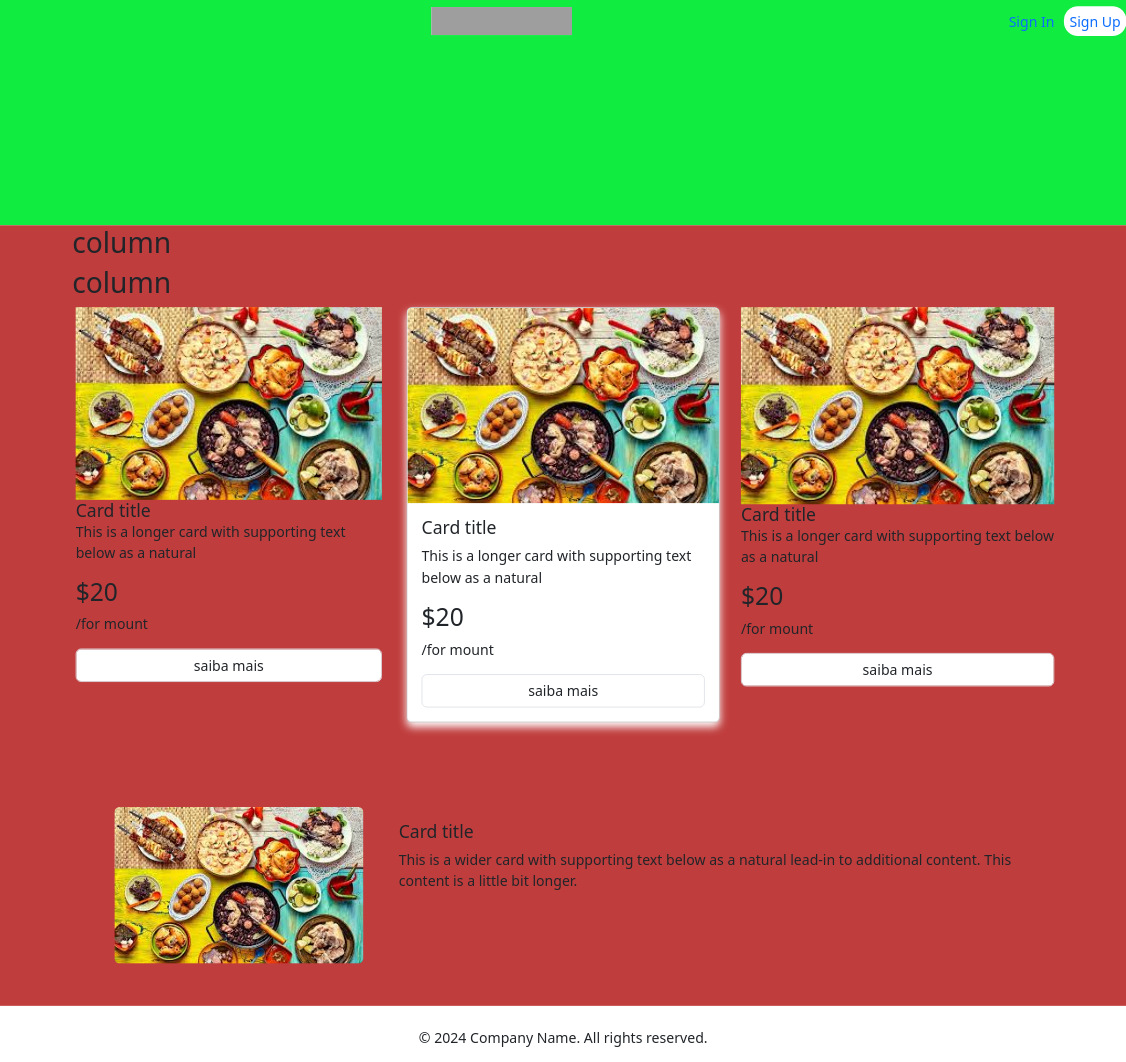
Repository: Joao-Rafael-mob/repoCurso
Page: index.html
These files come from the project's save history. The page is drawn as it stood at one moment and after the next save; the edit follows.
The browser window is 1280 px wide. The pictures show the whole page, at 88% of full size.
Pictures or frames that could not be fetched are drawn as grey boxes.

Above is the page before, as saved 2024-09-27 10:03:08.

### index.html
<!DOCTYPE html>
<html lang="en">
  <head>
    <meta charset="UTF-8" />
    <meta name="viewport" content="width=device-width, initial-scale=1.0" />
    <title>Document</title>
    <link rel="stylesheet" href="styles.css" />
    <link
      href="https://cdn.jsdelivr.net/npm/bootstrap@5.3.3/dist/css/bootstrap.min.css"
      rel="stylesheet"
      integrity="sha384-QWTKZyjpPEjISv5WaRU9OFeRpok6YctnYmDr5pNlyT2bRjXh0JMhjY6hW+ALEwIH"
      crossorigin="anonymous"
    />
  </head>

  <body>
    <div class="imagem-fundo">
      <nav class="navbar">
        <img src="logo.png" alt="Logo" />
        <div class="nav-links">
          <a href="#" class="nav-link1">Sign In</a>
          <a href="#" class="nav-link2">Sign Up</a>
        </div>
      </nav>
    </div>
    <main>
      <div class="container">
        <div class="row row-cols-1">
          <div class="col h2">column</div>
          <div class="col h2">column</div>
        </div>
        <div class="row row-cols-1 row-cols-md-3 g-4">
          <div class="col px-3">
            <div>
              <img src="banner.jpeg" class="card-img-top" alt="" />
              <div class="card-body">
                <h5 class="card-title">Card title</h5>
                <p class="" style="max-height: 4rem; overflow: hidden">
                  This is a longer card with supporting text below as a natural
                </p>

                <h3>$20</h3>
                <p>/for mount</p>

                <button class="form-control">saiba mais</button>
              </div>
            </div>
          </div>
          <div class="col">
            <div class="card">
              <img src="banner.jpeg" class="card-img-top" alt="" />
              <div class="card-body">
                <h5 class="card-title">Card title</h5>
                <p class="" style="max-height: 4rem; overflow: hidden">
                  This is a longer card with supporting text below as a natural
                </p>
                <div>
                  <h3>$20</h3>
                  <p>/for mount</p>

                  <button class="form-control">saiba mais</button>
                </div>
              </div>
            </div>
          </div>
          <div class="col">
            <div>
              <img src="banner.jpeg" class="card-img-top" alt="" />
              <div class="card-body">
                <h5 class="card-title">Card title</h5>
                <p class="" style="max-height: 4rem; overflow: hidden">
                  This is a longer card with supporting text below as a natural
                </p>
                <div>
                  <h3>$20</h3>
                  <p>/for mount</p>

                  <button class="form-control">saiba mais</button>
                </div>
              </div>
            </div>
          </div>
        </div>
      </div>

      <div class="container mt-5">
        <div class="p-5">
          <div class="row g-0">
            <div class="col-auto me-3">
              <img src="banner.jpeg" class="rounded float-start" alt="" />
            </div>
            <div class="col ">
              <div class="mt-3 ms-4">
                <h5>Card title</h5>
                <p>
                  This is a wider card with supporting text below as a natural
                  lead-in to additional content. This content is a little bit
                  longer.
                </p>
              </div>
            </div>
          </div>
        </div>
      </div>
    </main>

    <footer class="text-center mt-4">
      <p>&copy; 2024 Company Name. All rights reserved.</p>
    </footer>

    <script
      src="https://cdn.jsdelivr.net/npm/bootstrap@5.3.3/dist/js/bootstrap.bundle.min.js"
      integrity="sha384-YvpcrYf0tY3lHB60NNkmXc5s9fDVZLESaAA55NDzOxhy9GkcIdslK1eN7N6jIeHz"
      crossorigin="anonymous"
    ></script>
  </body>
</html>

### styles.css
.imagem-fundo {
    background-color: rgb(16, 236, 64);
    background-position: center;
    color: white;
    width: 100%;
    min-height: 16rem;
}

.imagem-fundo .navbar img {
    background-color: rgb(255, 255, 255);
    margin: auto;
    width: 10rem;
    height: 2rem;
}

.imagem-fundo .navbar a {
    text-decoration: none;
    font-size: medium;
    padding: 0.4rem;
}

.imagem-fundo .navbar .nav-link2 {
    background-color: rgb(255, 255, 255);
    border-radius: 1rem;
}

.imagem-fundo .address {
    width: 50%;
    padding-top: 3rem;
    margin: auto;
}

.imagem-fundo .address a {
    width: 50%;
    margin: auto;
    text-decoration: none;
}

main  {
    background-color: rgb(192, 61, 61);

}
.card{
    box-shadow: 0px 5px 10px rgb(255, 255, 255);}

After the next save:
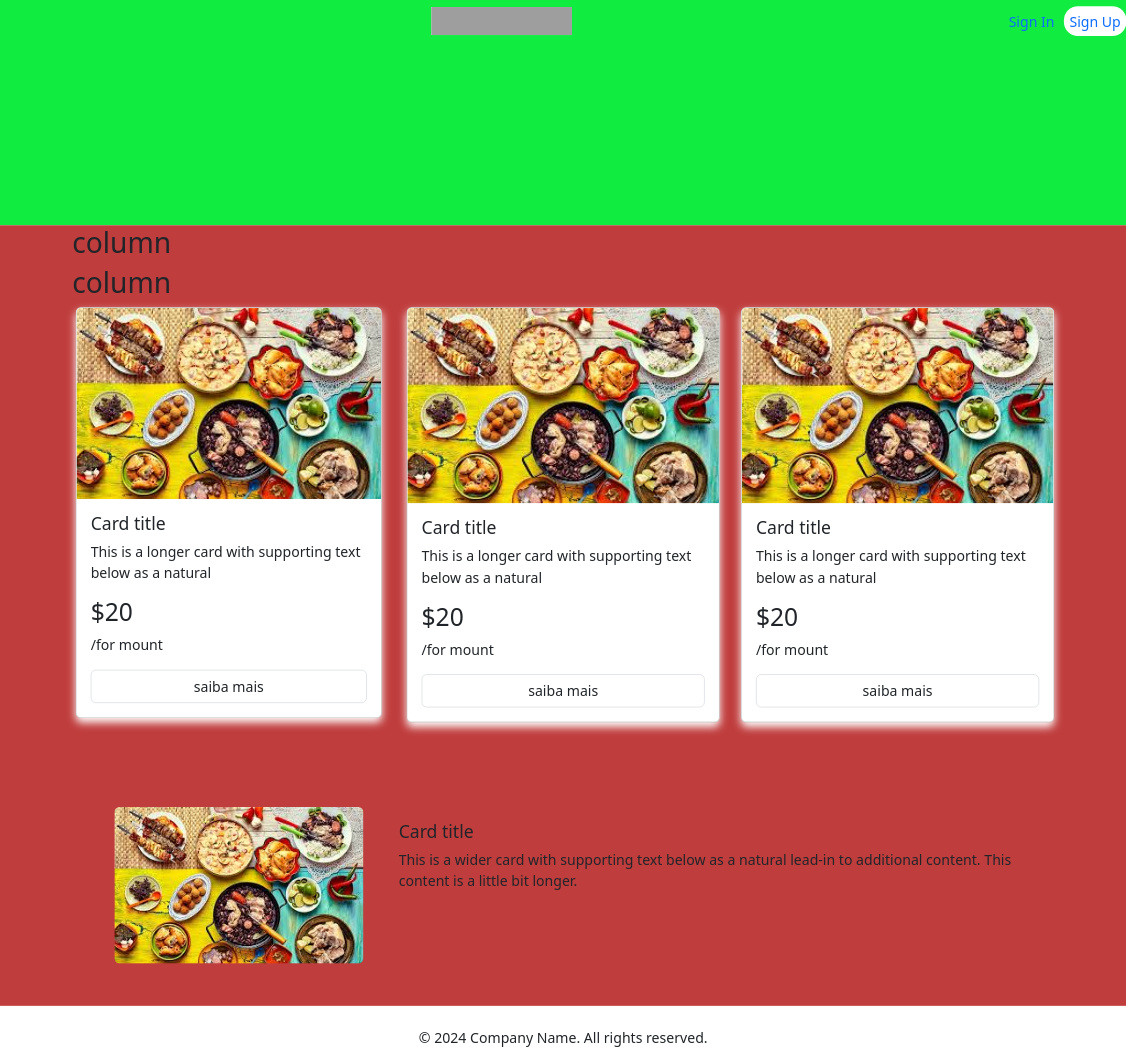
Saved 22 s later.
--- a/index.html
+++ b/index.html
@@ -31,7 +31,7 @@
         </div>
         <div class="row row-cols-1 row-cols-md-3 g-4">
           <div class="col px-3">
-            <div>
+            <div  class="card">
               <img src="banner.jpeg" class="card-img-top" alt="" />
               <div class="card-body">
                 <h5 class="card-title">Card title</h5>
@@ -64,7 +64,7 @@
             </div>
           </div>
           <div class="col">
-            <div>
+            <div  class="card">
               <img src="banner.jpeg" class="card-img-top" alt="" />
               <div class="card-body">
                 <h5 class="card-title">Card title</h5>
